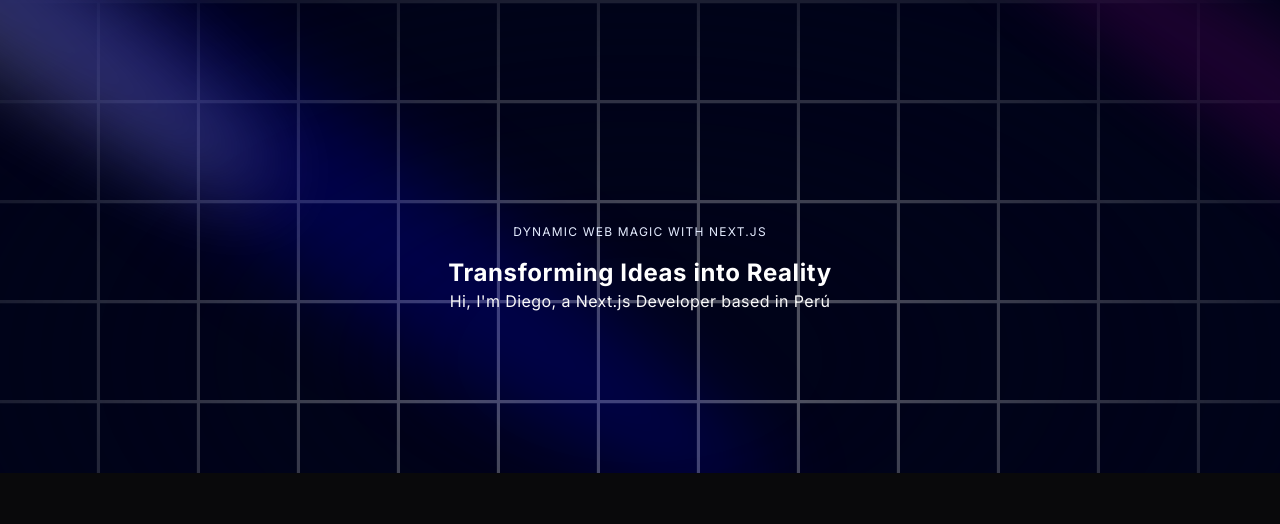
Repository: drsamame/portfolio.next
Page: /
These files come from the project's save history. The page is drawn as it stood at one moment and after the next save; the edit follows.
The browser window is 1280 px wide. The pictures show the whole page.
The project was rebuilt for these pictures with package versions that can differ from the ones it lists, and the page was loaded fresh each time. The framework's server and built-in components were replaced by stand-ins that run in the browser. Also part of the build but not shown: next.config.mjs.

Above is the page before, as saved 2024-07-02 16:39:50.

### app/layout.tsx
import type { Metadata } from 'next';
import { Inter } from 'next/font/google';
import './globals.css';
import { ThemeProvider } from './provider';

const inter = Inter({ subsets: ['latin'] });

export const metadata: Metadata = {
	title: "Diego's Portfolio",
	description: 'Modern & Minimalist JS Mastery Portfolio',
};

export default function RootLayout({
	children,
}: Readonly<{
	children: React.ReactNode;
}>) {
	return (
		<html lang="en">
			<body className={inter.className}>
				<ThemeProvider
					attribute="class"
					defaultTheme="dark"
					enableSystem
					disableTransitionOnChange
				>
					{children}
				</ThemeProvider>
			</body>
		</html>
	);
}

### app/page.tsx
import Hero from "@/components/Hero";


export default function Home() {
  return (
    <main className="relative bg-black-100 flex justify-center items-center flex-col overflow-hidden mx-auto sm:px-10 px-5">
      <div className="max-w-7xl w-full">
        <Hero />
      </div>
    </main>
  );
}

### components/Hero.tsx
import React from 'react';
import { Spotlight } from '@/components/ui/Spotlight';
import { TextGenerateEffect } from './ui/TextGenerateEffect';

function Hero() {
	return (
		<div className="pb-20 pt-36">
			<div>
				{' '}
				<Spotlight
					className="-top-40 -left-10 md:-left-32 md:-top-20p h-screen"
					fill="white"
				/>
				<Spotlight
					className="top-10 left-full h-[80vh] w-[50vw]"
					fill="purple"
				/>
				<Spotlight className="top-28 left-80 h-[80-vh] w-[50vw]" fill="blue" />
			</div>
			<div className="h-screen w-full dark:bg-black-100 bg-white  dark:bg-grid-white/[0.3] bg-grid-black/[0.2] flex items-center justify-center absolute left-0 top-0">
				<div className="absolute pointer-events-none inset-0 flex items-center justify-center dark:bg-black-100 bg-white [mask-image:radial-gradient(ellipse_at_center,transparent_20%,black)]"></div>
			</div>
			<div className="flex justify-center relative my-20 z-10">
				<div className="max-w-[89vw] md:max-w-2xl lg:max-w-[60vw] flex flex-col items-center justify-center">
					<h2 className="uppercase tracking-widest text-xs text-center text-blue-100 max-w-80">
						DYNAMIC WEB MAGIC WITH NEXT.JS
					</h2>
					<TextGenerateEffect
						className="text-center text-[40px] md:text-5xl lg:text-6xl"
						words={'Transforming Ideas into Reality'}
					></TextGenerateEffect>
					<p className='text-center md:tracking-wide'>Hi, I&apos;m Diego, a Next.js Developer based in Perú</p>
				</div>
			</div>
		</div>
	);
}

export default Hero;

### components/ui/Spotlight.tsx
import React from "react";
import { cn } from "@/utils/cn";

type SpotlightProps = {
  className?: string;
  fill?: string;
};

export const Spotlight = ({ className, fill }: SpotlightProps) => {
  return (
    <svg
      className={cn(
        "animate-spotlight pointer-events-none absolute z-[1]  h-[169%] w-[138%] lg:w-[84%] opacity-0",
        className
      )}
      xmlns="http://www.w3.org/2000/svg"
      viewBox="0 0 3787 2842"
      fill="none"
    >
      <g filter="url(#filter)">
        <ellipse
          cx="1924.71"
          cy="273.501"
          rx="1924.71"
          ry="273.501"
          transform="matrix(-0.822377 -0.568943 -0.568943 0.822377 3631.88 2291.09)"
          fill={fill || "white"}
          fillOpacity="0.21"
        ></ellipse>
      </g>
      <defs>
        <filter
          id="filter"
          x="0.860352"
          y="0.838989"
          width="3785.16"
          height="2840.26"
          filterUnits="userSpaceOnUse"
          colorInterpolationFilters="sRGB"
        >
          <feFlood floodOpacity="0" result="BackgroundImageFix"></feFlood>
          <feBlend
            mode="normal"
            in="SourceGraphic"
            in2="BackgroundImageFix"
            result="shape"
          ></feBlend>
          <feGaussianBlur
            stdDeviation="151"
            result="effect1_foregroundBlur_1065_8"
          ></feGaussianBlur>
        </filter>
      </defs>
    </svg>
  );
};

### components/ui/TextGenerateEffect.tsx
"use client";
import { useEffect } from "react";
import { motion, stagger, useAnimate } from "framer-motion";
import { cn } from "@/utils/cn";

export const TextGenerateEffect = ({
  words,
  className,
}: {
  words: string;
  className?: string;
}) => {
  const [scope, animate] = useAnimate();
  let wordsArray = words.split(" ");
  useEffect(() => {
    animate(
      "span",
      {
        opacity: 1,
      },
      {
        duration: 2,
        delay: stagger(0.2),
      }
    );
  }, [scope.current]);

  const renderWords = () => {
    return (
      <motion.div ref={scope}>
        {wordsArray.map((word, idx) => {
          return (
            <motion.span
              key={word + idx}
              className="dark:text-white text-black opacity-0"
            >
              {word}{" "}
            </motion.span>
          );
        })}
      </motion.div>
    );
  };

  return (
    <div className={cn("font-bold", className)}>
      <div className="mt-4">
        <div className=" dark:text-white text-black text-2xl leading-snug tracking-wide">
          {renderWords()}
        </div>
      </div>
    </div>
  );
};

Loaded but not shown: app/globals.css (common file); app/provider.tsx (common file); utils/cn.ts (common file); tailwind.config.ts (common file)

After the next save:
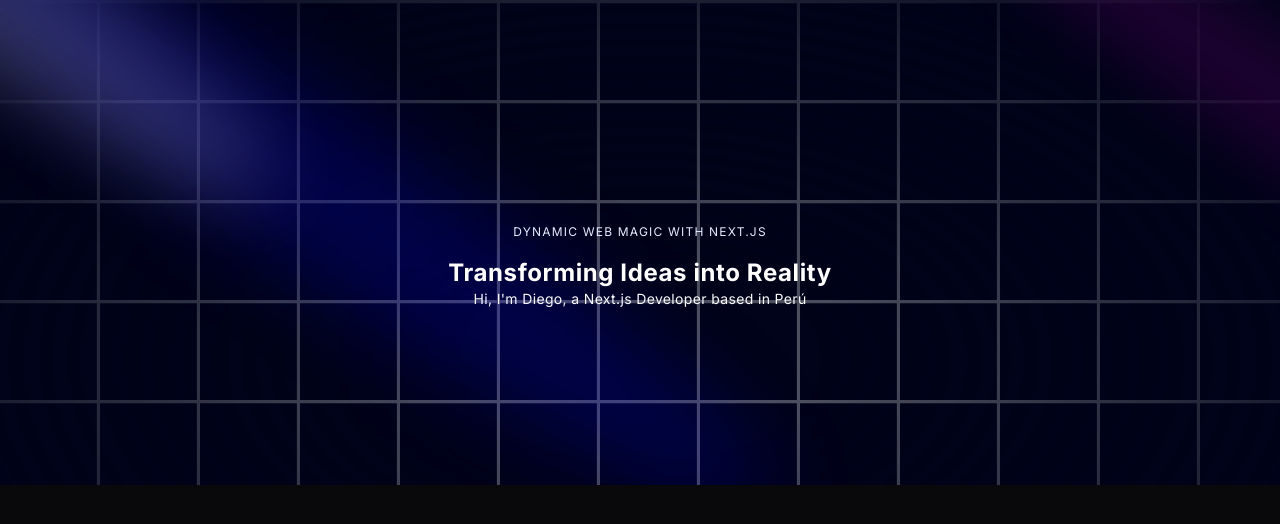
Saved 13 s later.
--- a/components/Hero.tsx
+++ b/components/Hero.tsx
@@ -29,7 +29,7 @@
 						className="text-center text-[40px] md:text-5xl lg:text-6xl"
 						words={'Transforming Ideas into Reality'}
 					></TextGenerateEffect>
-					<p className='text-center md:tracking-wide'>Hi, I&apos;m Diego, a Next.js Developer based in Perú</p>
+					<p className='text-center md:tracking-wide mb-4 text-sm'>Hi, I&apos;m Diego, a Next.js Developer based in Perú</p>
 				</div>
 			</div>
 		</div>
